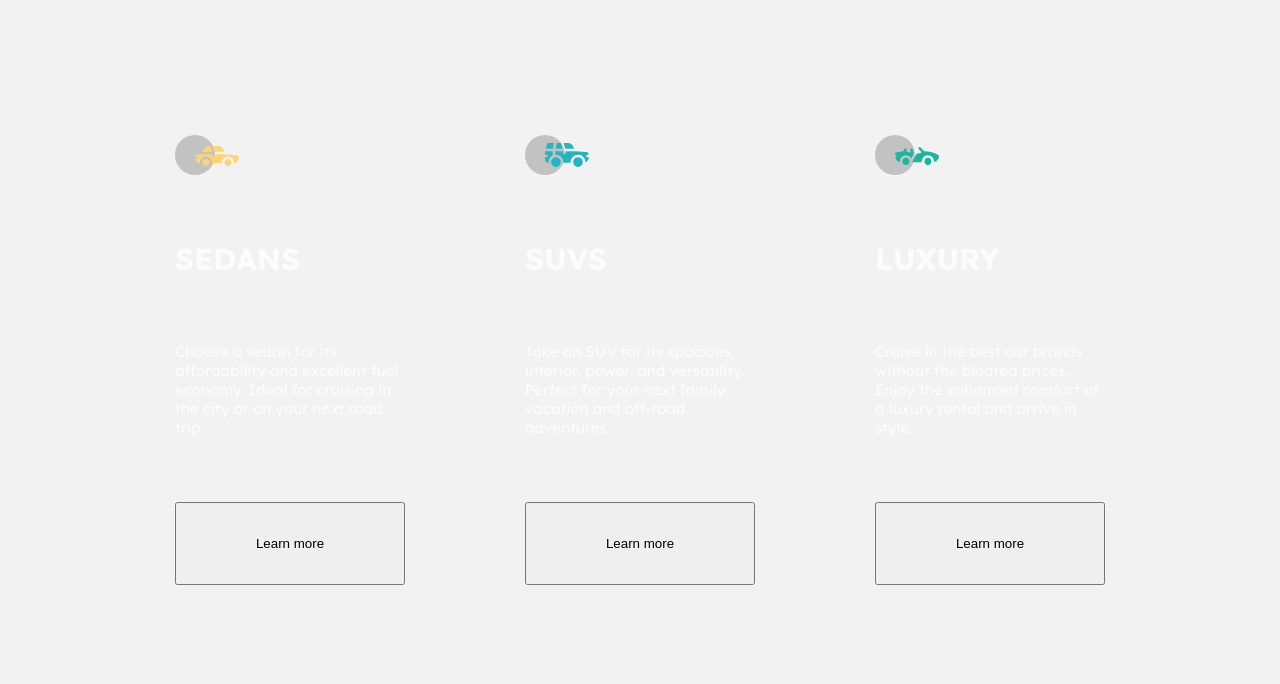
Repository: Pawan-pediredla/frontend-mentors
Page: 3-column-preview-card-component/3-column-preview-card-component-main/markup/index.html
An editor plug-in stored every save of this project. The page is shown before and after a run of saves, followed by the edit.
The browser window is 1280 px wide. The pictures show the whole page.

Above is the page before, as saved 2024-06-22 13:13:23.

### 3-column-preview-card-component/3-column-preview-card-component-main/markup/index.html
<!DOCTYPE html>
<html lang="en">
<head>
  <meta charset="UTF-8">
  <meta name="viewport" content="width=device-width, initial-scale=1.0"> <!-- displays site properly based on user's device -->

  <link rel="icon" type="image/png" sizes="32x32" href="./images/favicon-32x32.png">

  <title>Frontend Mentor | 3-column preview card component</title>

<link rel="stylesheet" href="../styling/index.css"/>
</head>
<body>
  <main>
  <div class="container"><div class="box" id="sedans">
    <img src="../images/icon-sedans.svg" alt="sedans-img"/>
    <h1>SEDANS</h1>
    <p>
      Choose a sedan for its affordability and excellent fuel economy. Ideal for cruising in the city
        or on your next road trip.
    </p>
<button class="sedandsb">Learn more</button>
  </div>
  <div class="box" id="suvs">
    <img src="../images/icon-suvs.svg" alt="suvs-img"/>
    <h1>
      SUVS
    </h1>
    <p>Take an SUV for its spacious interior, power, and versatility. Perfect for your next family vacation
      and off-road adventures.

    </p>
    <button class="suvsb">
Learn more
    </button>
  </div>
  <div class="box" id="luxury">
    <img src="../images/icon-luxury.svg" alt="luxury-img"/>
    <h1>LUXURY</h1>
    <p>
      Cruise in the best car brands without the bloated prices. Enjoy the enhanced comfort of a luxury
        rental and arrive in style.
    </p>
    <button class="luxuryb">
Learn more
    </button>
  </div></div>
  </main>
</body>
</html>

### 3-column-preview-card-component/3-column-preview-card-component-main/styling/index.css
@import url('https://fonts.googleapis.com/css2?family=Lexend+Deca:wght@100..900&display=swap');

@font-face {
    font-family: 'Big Shoulder Display';
    src: url(./assets/fonts/Big_Shoulders_Display/BigShouldersDisplay-VariableFont_wght.ttf);
}
:root {


    --Bright-orange: hsl(31, 77%, 52%);
    --Dark-cyan: hsl(184, 100%, 22%);
    --Very-dark-cyan: hsl(179, 100%, 13%);


    --Transparent-white-paragraphs: hsla(0, 0%, 100%, 0.75);
    --Very-light-gray-background-headings-buttons: hsl(0, 0%, 95%);
}

.attribution { font-size: 11px; text-align: center; }
    .attribution a { color: hsl(228, 45%, 44%); }

    *{
        margin: 0;
        padding: 0;
    }
body{
    font-family:  'Lexend Deca', sans-serif;
    font-size: 15px;
    height: 100vh;
    display: flex;
    align-items: center;
    justify-content: center;
    color: var(--Transparent-white-paragraphs);
    background-color: var(--Very-light-gray-background-headings-buttons);
}
.container{
display: flex;
width: 1050px;
}
.box{
    display: grid;
     height: 450px;
     width: 100%;
     padding: 60px;
}
#sedan{
    background-color: var(--Bright-orange);
    border-radius: 12px 0 0 12px;
}

#suv{

        background-color: var(--Dark-cyan);
}
#luxury{
    background-color: ;
    border-radius: 0 12px 12px 0;
}

After the next 2 saves:
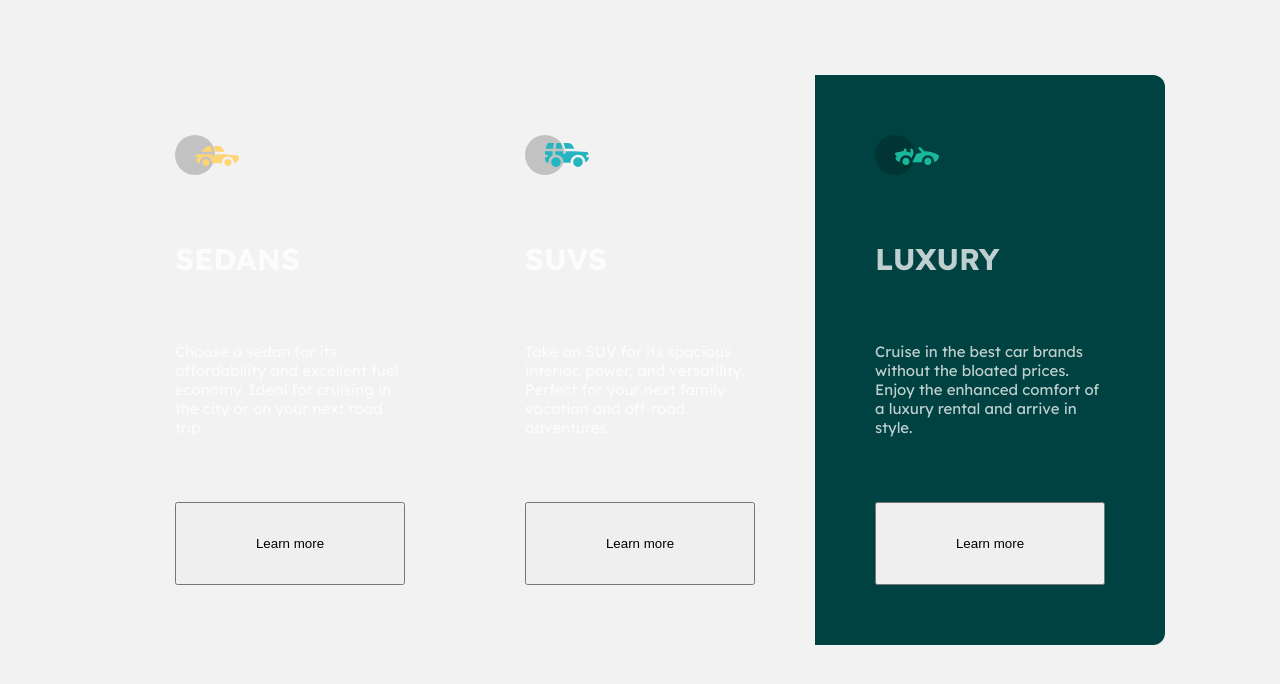
The 2 saves are shown as one change because they came seconds apart.
The last was saved 15 s later.
--- a/3-column-preview-card-component/3-column-preview-card-component-main/styling/index.css
+++ b/3-column-preview-card-component/3-column-preview-card-component-main/styling/index.css
@@ -53,6 +53,6 @@ width: 1050px;
         background-color: var(--Dark-cyan);
 }
 #luxury{
-    background-color: ;
+    background-color:  var(--Very-dark-cyan);
     border-radius: 0 12px 12px 0;
 }
